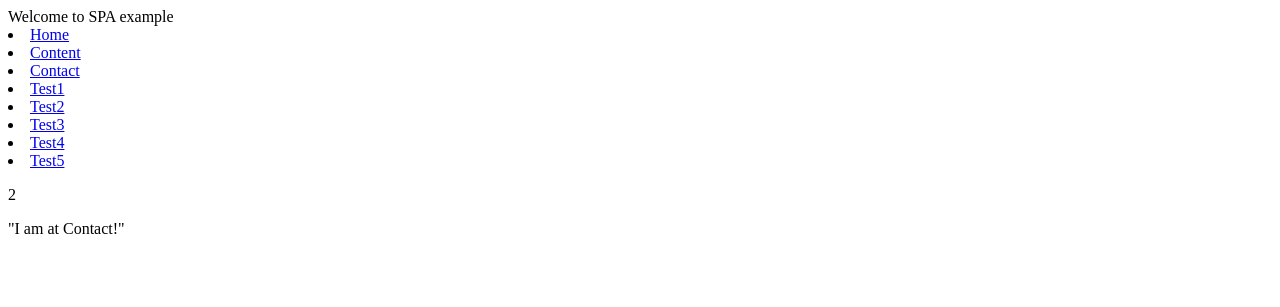
Repository: monikadhok/hoc
Page: /#/contact
The author's editor kept a copy of each file at every save. The page is drawn from the files as they stood at one save, then again after the next save.
The browser window is 1280 px wide. The pictures show the whole page.
The project was rebuilt for these pictures with package versions that can differ from the ones it lists, and the page was loaded fresh each time. Also part of the build but not shown: src/Home.js, src/Content.js, src/Test1.js, src/Test2.js, src/testnested3111.js, src/testnested3112.js, src/testnested311.js, src/testNested31.js and 3 more.

Above is the page before, as saved 2018-10-05 14:20:28.

After the next save:
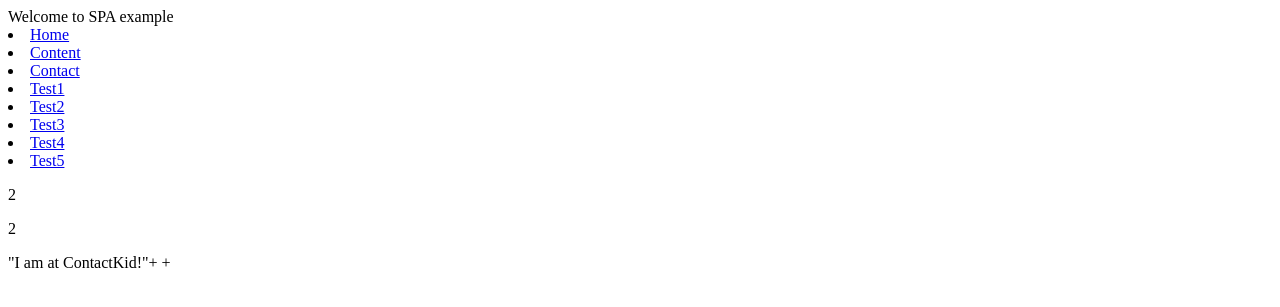
Saved 22 s later.
--- a/src/Contact.js
+++ b/src/Contact.js
@@ -1,5 +1,6 @@
 import React from "react"
 import WithPerfComponent from "./WithPerfComponent"
+import ContactKid from "./ContactKid";
 
 class Contact extends React.Component {
 
@@ -13,7 +14,7 @@ class Contact extends React.Component {
 
     render(){
         return(
-            <p> "I am at Contact!"  </p>
+          <ContactKid name="abc" age="25"/>
         );
     }
 
